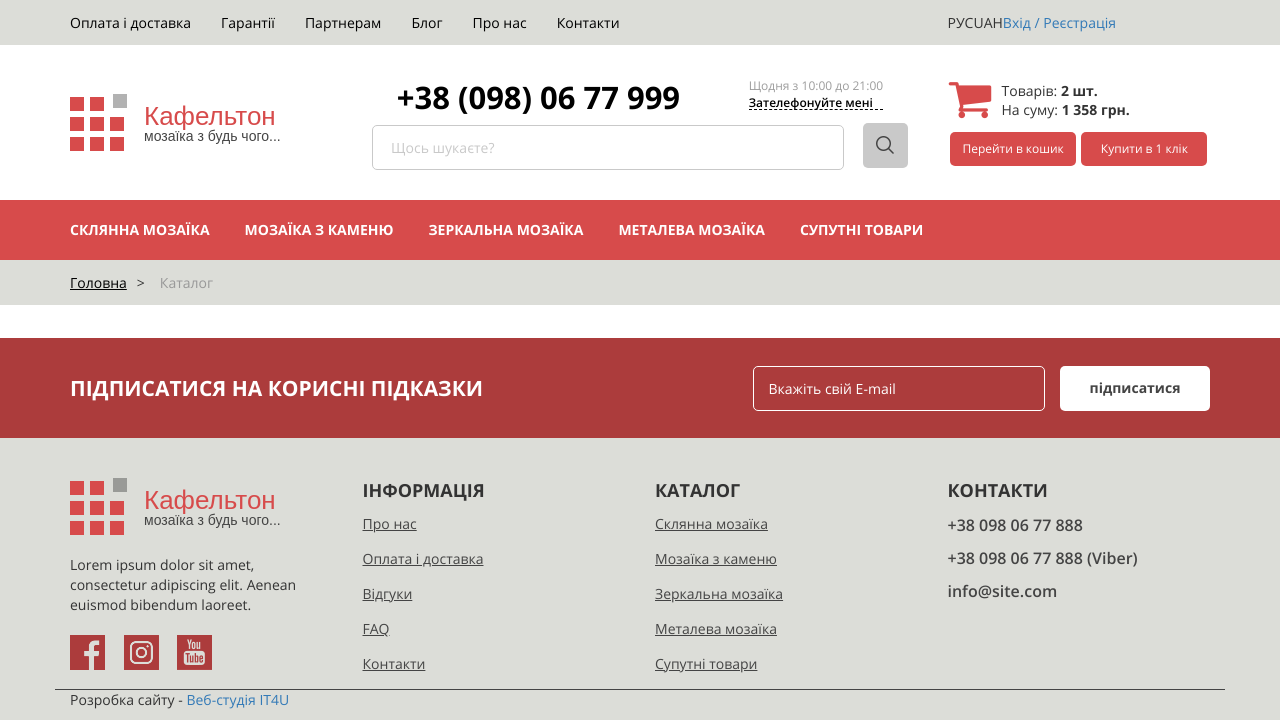
Repository: zellenka/mozaika
Page: app/index.html
An editor plug-in stored every save of this project. The page is shown before and after the next save, followed by the edit.
The browser window is 1280 px wide. The pictures show the whole page.
Some web fonts or font styles are not loaded; a fallback is used. The style sheet was rebuilt from its Sass, Less or Tailwind sources for each picture, by a compiler version that may differ from the author's.

Above is the page before, as saved 2018-07-13 16:32:39.
Console error (its wording comes from the project's code and is left out).

### app/index.html
<!DOCTYPE html>
<html lang="en">
<head>
	<meta charset="UTF-8">
	<meta name="viewport" content="width=device-width, initial-scale=1.0">
	<title>Mozaika</title>
	<link rel="stylesheet" href="https://maxcdn.bootstrapcdn.com/bootstrap/3.3.7/css/bootstrap.min.css" integrity="sha384-BVYiiSIFeK1dGmJRAkycuHAHRg32OmUcww7on3RYdg4Va+PmSTsz/K68vbdEjh4u" crossorigin="anonymous">
	<link rel="stylesheet" href="/libs/normalize.css">
	<link rel="stylesheet" href="/css/libs.min.css">
	<link rel="stylesheet" href="/css/main.css">
</head>
<body>
	<header class="header">
		<div class="header__top">
			<div class="container">
				<div class="row">
					<div class="col-md-9">
						<ul class="header__top-nav">
							<li class="header__top-nav-item"><a href="/">Оплата і доставка</a></li>
							<li class="header__top-nav-item"><a href="/">Гарантії</a></li>
							<li class="header__top-nav-item"><a href="/">Партнерам</a></li>
							<li class="header__top-nav-item"><a href="/">Блог</a></li>
							<li class="header__top-nav-item"><a href="/">Про нас</a></li>
							<li class="header__top-nav-item"><a href="/">Контакти</a></li>
						</ul>
					</div>
					<div class="col-md-3">
						<ul class="header__top-enter-menu">
							<li>РУС</li>
							<li>UAH</li>
							<li><a href="/">Вхід / Реєстрація</a></li>
						</ul>
					</div>
				</div>
			</div>
		</div>
		<div class="header__middle">
			<div class="container">
				<div class="row header__middle-row">
					<a href="" class="col-md-3 header__middle-logo">
						<img src="/img/logo.png" alt="" class="header__middle-logo-img">
						<div>
								<p class="header__middle-logo-text">Кафельтон</p>
								<p class="header__middle-logo-slogan">мозаїка з будь чого...</p>
						</div>
					</a>
					<div class="col-md-6 header__middle-search">
						<div class="header__middle-search_block">
								<a href="tel:+380980677999" class="header__middle-search-phone">+38 (098) 06 77 999</a>
								<div class="header__middle-search-block">
									<p class="header__middle-search-time">Щодня з 10:00 до 21:00</p>
									<p class="header__middle-search-modal">Зателефонуйте мені</p>
								</div>
						</div>
						<div class="header__middle-search_block">
							<input type="text" class="header__middle-search_block-input" placeholder="Щось шукаєте?">
							<button type="button" class="header__middle-search_block-button"><img src="/img/icon.png" alt=""></button>
						</div>

					</div>
					<div class="col-md-3 header__middle-basket">
						<div class="header__middle-basket-top">
							<img src="/img/cart.png" alt="">
							<div class="header__middle-basket-info">
									<p>Товарів: <span class="header__middle-basket-info_bold">2</span> <span class="header__middle-basket-info_bold">шт.</span></p>
									<p>На суму: <span class="header__middle-basket-info_bold">1 358</span> <span class="header__middle-basket-info_bold">грн.</span></p>
							</div>
						</div>
						<div class="header__middle-basket-bottom">
							<a class="header__middle-basket-bottom-button header___red-button">Перейти в кошик</a>
							<a class="header__middle-basket-bottom-button header___red-button">Купити в 1 клік</a>
						</div>
					</div>
				</div>
			</div>
		</div>
		<div class="menu-block">
			<div class="container">
				<div class="row">
					<div class="col-md-12">
							<ul class="menu-block">
									<li class="menu-block__item">
										<a href="">СКЛЯНнА МОЗАЇКА</a>
									</li>
									<li class="menu-block__item"><a href="">МОЗАЇКА з каменю</a></li>
									<li class="menu-block__item"><a href="">зеркальна МОЗАЇКА </a></li>
									<li class="menu-block__item"><a href="">металева МОЗАЇКА</a></li>
									<li class="menu-block__item"><a href="">СУПУТНІ ТОВАРИ</a></li>
								</ul>
					</div>
				</div>
			</div>
		</div>
		<div class="breadcrumbs-block">
			<div class="container">
				<div class="row">
					<div class="col-lg-12">
							<ul class="breadcrumbs-block__list">
									<li class="breadcrumbs-block__item breadcrumbs-block__item_not-active"><a href="">Головна</a></li>
									<li class="breadcrumbs-block__item breadcrumbs-block__item_active"><a href="">Каталог</a></li>
								</ul>
					</div>
				</div>
			</div>
		</div>
	</header>
	<div class="main">

	</div>
	<footer class="footer">
		<div class="subscribe-block">
			<div class="container">
				<div class="row subscribe-block-row">
					<div class="col-md-5">
						<p class="subscribe-block__text">ПІДПИСАТИСЯ НА КОРИСНІ ПІДКАЗКИ</p>
					</div>
					<div class="col-md-5 col-md-offset-2">
						<form action="" class="subscribe-block__form">
							<input type="email" placeholder="Вкажіть свій E-mail" class="subscribe-block__input">
							<button type="submit" class="subscribe-block__button">підписатися</button>
						</form>
					</div>
				</div>
			</div>
		</div>
		<div class="footer-block container">
			<div class="row">
				<div class="col-md-3 footer-block__social">
						<a href="" class="header__middle-logo">
								<img src="/img/logo.png" alt="" class="header__middle-logo-img">
								<div>
										<p class="header__middle-logo-text">Кафельтон</p>
										<p class="header__middle-logo-slogan">мозаїка з будь чого...</p>
								</div>
						</a>
						<p class="footer-block__social-text">Lorem ipsum dolor sit amet,
								consectetur adipiscing elit. Aenean
								euismod bibendum laoreet.</p>

								<div class="footer-block__social-icons">
									<a href=""><img src="/img/facebook.png" alt=""></a>
									<a href=""><img src="/img/instagram.png" alt=""></a>
									<a href=""><img src="/img/youtube.png" alt=""></a>
								</div>
				</div>
				<div class="col-md-3 footer-block__information">
					<p class="footer-block__information-text">ІНФОРМАЦІЯ</p>
					<ul class="footer-block__information-menu">
						<li class="footer-block__information-menu-item"><a href="/">Про нас</a></li>
						<li class="footer-block__information-menu-item"><a href="/">Оплата і доставка</a></li>
						<li class="footer-block__information-menu-item"><a href="/">Відгуки</a></li>
						<li class="footer-block__information-menu-item"><a href="/">FAQ</a></li>
						<li class="footer-block__information-menu-item"><a href="/">Контакти</a></li>
					</ul>
				</div>
				<div class="col-md-3">
						<p class="footer-block__information-text">КАТАЛОГ</p>
						<ul class="footer-block__information-menu">
							<li class="footer-block__information-menu-item"><a href="/">Склянна мозаїка</a></li>
							<li class="footer-block__information-menu-item"><a href="/">Мозаїка з каменю</a></li>
							<li class="footer-block__information-menu-item"><a href="/">Зеркальна мозаїка</a></li>
							<li class="footer-block__information-menu-item"><a href="/">Металева мозаїка</a></li>
							<li class="footer-block__information-menu-item"><a href="/">Супутні товари</a></li>
						</ul>
				</div>
				<div class="col-md-3 footer-block__contacts">
						<p class="footer-block__information-text">КОНТАКТИ</p>
						<p class="footer-block__contacts-link"><a href="tel:+380980677888">+38 098 06 77 888</a></p>
						<p class="footer-block__contacts-link"><a href="tel:+380980677888">+38 098 06 77 888  (Viber)</a></p>
						<p class="footer-block__contacts-link"><a href="mailto:info@site.com">info@site.com</a></p>
				</div>
			</div>



		</div>
		<div class="container">
			<div class="row">
				<div class="col-md-12 footer-sub">
					<p>Розробка сайту - <a href="/">Веб-студія IT4U</a></p>
				</div>
			</div>
		</div>
	</footer>





	<script src="https://maxcdn.bootstrapcdn.com/bootstrap/3.3.7/js/bootstrap.min.js" integrity="sha384-Tc5IQib027qvyjSMfHjOMaLkfuWVxZxUPnCJA7l2mCWNIpG9mGCD8wGNIcPD7Txa" crossorigin="anonymous"></script>
	<script src="js/libs.min.js"></script>
	<script src="js/common.js"></script>

</body>
</html>

### app/sass/libs.sass
@import "app/libs/magnific-popup/dist/magnific-popup.css" // Импортируем библиотеку Magnific Popup. Теперь обязательно указывается расширение .css
@import "app/libs/normalize.css"

### app/sass/main.sass
@font-face
  font-family: 'Raleway-ExtraBold'
  src: url('/fonts/11843.woff')

@font-face
  font-family: 'Raleway-Regular'
  src: url('/fonts/11851.woff')

@font-face
  font-family: 'Open-Sans-Bold'
  src: url('/fonts/2204.ttf')

@font-face
  font-family: 'Open-Sans-Semibold'
  src: url('/fonts/2212.ttf')

@font-face
  font-family: 'Open-Sans'
  src: url('/fonts/2211.ttf')

$main: #d74b4b

html
    min-height: 100%
    height: 100%

body
    font-family: Open-Sans
    min-height: 100%
    position: relative

.main
    min-height: 100%

ul
    list-style: none

.header__top
    width: 100%
    background: #dcddd8
    height: 45px

.header__top-nav, .header__top-enter-menu
    display: flex
    width: 100%
    height: 45px
    align-items: center
    padding: 0
    margin: 0
    line-height: 1

.header__top-nav-item
    margin-right: 30px
    a
        color: black

.header__middle
    padding: 30px 0
    background: #fff

.header__middle-row
    display: flex
    align-items: center

.header__middle-logo
    display: flex
    align-items: center
    &:hover
        text-decoration: none

.header__middle-logo-img
    width: 57px
    height: 57px
    margin-right: 17px

.header__middle-logo-text
    font-family: Raleway-ExtraBold, sans-serif
    font-size: 26px
    color: $main
    line-height: 1
    margin: 0

.header__middle-logo-slogan
    line-height: 1
    font-family: Raleway-Regular, sans-serif
    font-size: 14px
    color: #444444
    margin: 0

.header__middle-search_block
    display: flex
    width: 100%
    justify-content: space-around
    align-items: center

.header__middle-search-phone
    font-family: Open-Sans-Bold
    font-size: 31px
    color: #000
    &:hover

.header__middle-search-block
    line-height: 1

.header__middle-search-time
    color: #9d9d9d
    font-size: 12px
    font-family: Open-Sans
    margin: 5px 0

.header__middle-search-modal
    font-family: Open-Sans-Semibold
    color: black
    font-size: 12px
    border-bottom: 1px dashed black
    &:hover
        cursor: pointer

.header__middle-search_block-input
    width: 85%
    border-radius: 5px
    border: 1px solid #c9c9c9
    height: 45px
    padding-left: 18px
    margin-top: 5px
    &::placeholder
        color: #c9c9c9

.header__middle-search_block-button
    width: 45px
    height: 45px
    display: flex
    justify-content: center
    align-items: center
    border-radius: 5px
    background: #c9c9c9
    border: none
    padding: 0
    margin: 0

.header__middle-basket-top
    display: flex
    width: 100%
    align-items: center

.header__middle-basket-info
    line-height: 1
    font-family: Open-Sans
    p
        margin: 0

.header__middle-basket-info_bold
    font-family: Open-Sans-Bold

.header__middle-basket-bottom
    display: flex
    justify-content: space-around

.header__middle-basket-bottom-button
    font-size: 12px
    width: 48%

.header___red-button
    color: #fff
    background: rgb(215, 75, 75)
    border-radius: 5px
    height: 34px
    display: flex
    justify-content: center
    text-align: center
    align-items: center
    line-height: 1
    padding: 0 5px

.header__middle-basket-top
    margin-bottom: 10px

.header__middle-basket-info
    margin-left: 10px
    p
        margin: 5px 0

.menu-block
    background: $main
    width: 100%

.menu-block
    height: 60px
    display: flex
    width: 100%
    align-items: center
    margin: 0
    padding: 0

.menu-block__item
    margin-right: 35px
    a
        color: #fff
        font-family: Open-Sans-Bold
        font-size: 14px
        text-transform: uppercase

.breadcrumbs-block
    width: 100%
    background: #dcddd8

.breadcrumbs-block__list
    display: flex
    width: 100%
    padding: 0
    margin: 0
    height: 45px
    align-items: center
    justify-content: flex-start

.breadcrumbs-block__item_not-active
    margin-right: 15px
    a
        color: #000
        text-decoration: underline
    &::after
        content: "> "
        margin-left: 10px

.breadcrumbs-block__item_active
    a
        color: #999999
        &:hover
            cursor: default
            pointer-events: none
            cursor: default
            text-decoration: none

.footer
    position: absolute
    bottom: 0
    right: 0
    left: 0
    background: #dcddd8

.subscribe-block
    width: 100%
    background: #ac3c3c

.subscribe-block-row
    height: 100px
    display: flex
    align-items: center

.subscribe-block__text
    margin: 0
    text-align: left
    color: #fff
    font-family: Open-Sans-Bold
    font-size: 21px

.subscribe-block__form
    display: flex
    width: 100%
    justify-content: space-between

.subscribe-block__input
    width: 80%
    border: 1px solid #fff
    border-radius: 5px
    background: #ac3c3c
    color: #fff
    height: 45px
    padding-left: 15px
    margin-right: 15px
    &::placeholder
        color: #fff

.subscribe-block__button
    border-radius: 5px
    background: #fff
    color: #444444
    font-family: Open-Sans-Bold
    font-size: 14px
    border: none
    min-width: 150px
    height: 45px

.footer-block
    padding-top: 40px

.footer-block__social

.footer-block__social-text
    font-size: 14px
    margin: 20px 0

.footer-block__social-icons
    img
        width: 35px
        height: 35px
        margin-right: 15px

.footer-block__information-text
    font-size: 18px
    font-family: Open-Sans-Bold
    text-align: left

.footer-block__information-menu
    padding: 0
    margin: 0

.footer-block__information-menu-item
    margin-bottom: 15px
    a
        color: #444444
        text-decoration: underline

.footer-block__contacts-link
    a
        color: #444444
        font-size: 16px
        font-family: Open-Sans-Semibold

.footer-sub
    border-top: 1px solid #444444

Loaded but not shown: app/libs/normalize.css (library); app/js/libs.min.js (library); app/js/common.js (common file); app/libs/magnific-popup/dist/magnific-popup.css (library)

After the next save:
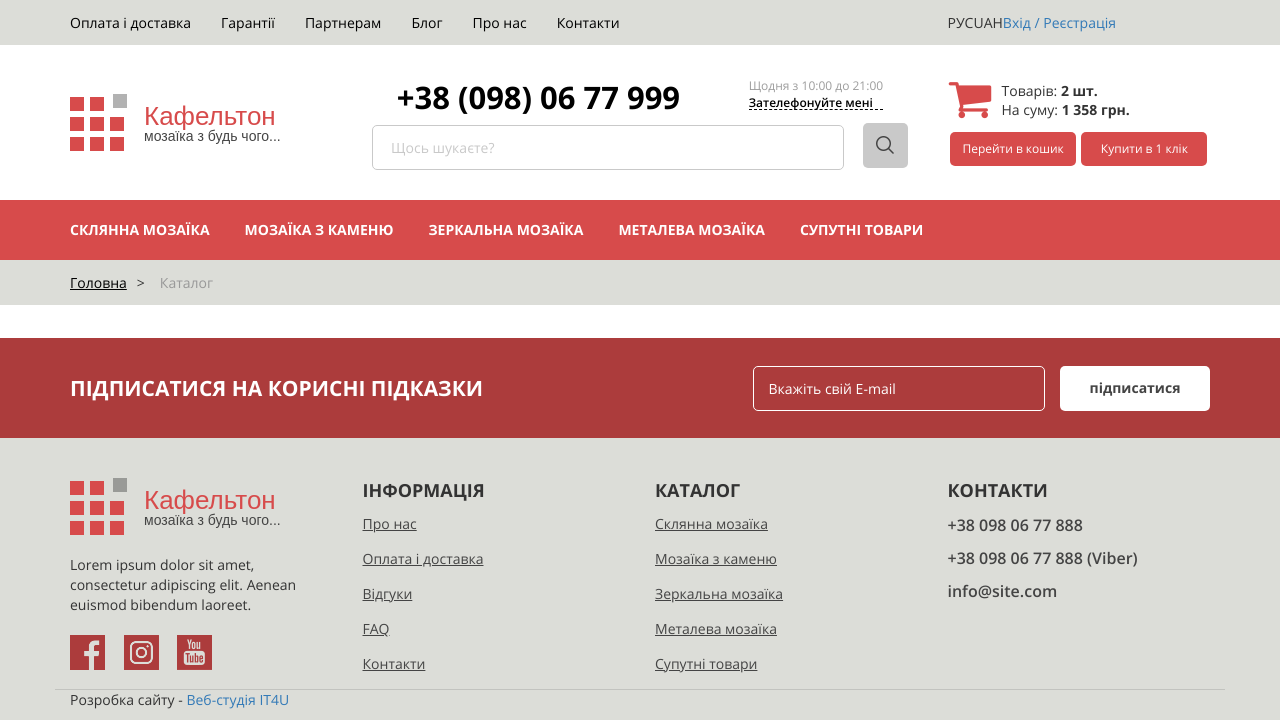
Saved 49 s later.
--- a/app/sass/main.sass
+++ b/app/sass/main.sass
@@ -318,4 +318,4 @@ ul
         font-family: Open-Sans-Semibold
 
 .footer-sub
-    border-top: 1px solid #444444
+    border-top: 1px solid #c2c3bf
